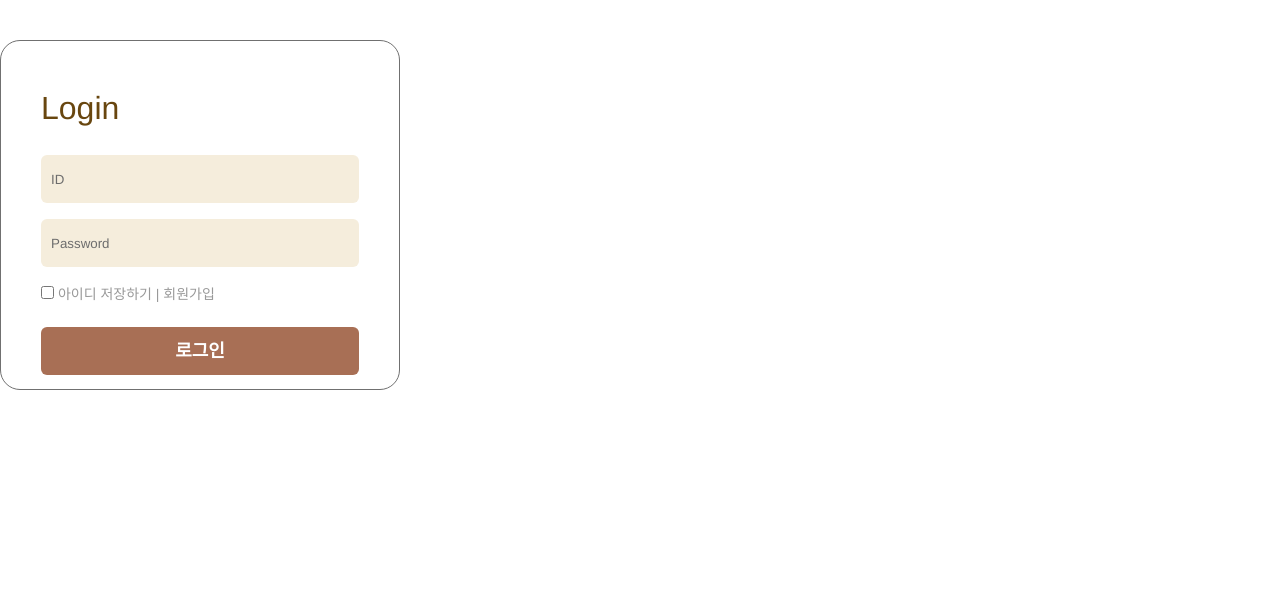
Repository: sejun98/sosobordgameJSP
Page: http://localhost/singup/login_form.jsp
These files come from the project's save history. The page is drawn as it stood at one moment and after the next save; the edit follows.
The browser window is 1280 px wide. The pictures show the whole page.
Some web fonts or font styles are not loaded; a fallback is used. The page is served by Tomcat 9.

Above is the page before, as saved 2022-10-07 07:23:35.

### singup/src/main/webapp/login_form.jsp
<%@ page language="java" contentType="text/html; charset=UTF-8"
    pageEncoding="UTF-8"%>
<%@ page import="java.sql.*" %>
<%@ page import="java.text.*" %>
<%@ page import="java.util.*, java.lang.*"  %>
<!DOCTYPE html>
<html>
<head>
<meta charset="UTF-8">
<title>로그인 폼</title>
<link rel="shortcut icon" href="images/pabicon.ico">
<link rel="stylesheet" href="css/login.css">
<link rel="stylesheet" href="css/reset.css">
<link href="https://fonts.googleapis.com/css?family=Nanum+Gothic" rel="stylesheet">
<link rel="stylesheet" type="text/css" href="css/slick.css">
<link rel="stylesheet" type="text/css" href="css/slick-theme.css">
<link href="https://fonts.googleapis.com/css?family=Poor+Story" rel="stylesheet">


</head>
<body>
<%
	String name = (String)session.getAttribute("name");
	if(name == null) {
%>

	<div class="login-wrapper">
			<h2>Login</h2>
			<form method="post" action="<%= request.getContextPath() %>/login_pro.jsp" id="login-form">
				<input type="text" name="id" placeholder="ID">
				<input type="password" name=pw placeholder="Password">
				<label for="remember-check" class="idsave">
					<input type="checkbox" id="remember-check">  아이디 저장하기 | 회원가입
				</label>
				<input type="submit" value="로그인">
			</form>
	</div>
<%
	} else {
			%>
		<%= name %>님 로그인 중
		<a href="<% request.getContextPath(); %> logout.jsp">로그아웃</a>
		<%
	}
%>
</body>
</html>

### singup/src/main/webapp/css/login.css

header {
	width: 100%;
}

#header_top {
	float: right;
}
#header_top ul li {
	float: left;
	padding: 13px;
	padding-left: 0;
	line-height: 1;
}
#header_top ul li:nth-child(1) a{
	border-right: solid 1px;
	border-color: #E0E0E0;
	margin: 0px;
}
#header_top ul li:nth-child(2) a{
	margin-right: 0;
	border-right: solid 1px;
	border-color: #E0E0E0;
	margin: 0px;
}

#header_top ul li a {
	display: block;
	margin-right: 65px;
	padding-right: 10px;
}
header #logo {
	clear: both;
	text-align: center;
	margin-bottom: 20px;
}
.header_menu {
	width:100%;
	height: 60px;
	border-top: solid 2px;
}
.header_menu ul li {
	float: left;
	margin-left: 13%;
}
.header_menu ul li a {
	display: block;
	padding: 12px 0px 10px 0px;
	font-size: 20px;
	font-family: 'Nanum Gothic', sans-serif;
}
.header_menu ul li .bold:hover {
	font-weight:bold;
}
.header_menu ul li:nth-child(5) {
	float: left;
}
.header_menu_bar{
	width: 75%;
	margin: 0 auto;

}
/*header end //----------------------------*/
/*container start ------*/
*{
    padding: 0;
    margin: 0;
    border: none;
}
body{
    font-size: 14px;
    font-family: 'Roboto', sans-serif;
}


.login-wrapper{
	margin-top: 40px;
	border: 1px solid rgb(112, 112, 112);
	border-radius: 20px;
    width: 400px;
    height: 350px;
    padding: 40px;
    box-sizing: border-box;
}

.login-wrapper > h2{
    font-size: 32px;
    color: #68460f;
    margin-bottom: 20px;
}
#login-form > input{
    width: 100%;
    height: 48px;
    padding: 0 10px;
    box-sizing: border-box;
    margin-bottom: 16px;
    border-radius: 6px;
    background-color: #F5EDDC;
}
#login-form > input::placeholder{
    color: #6d6d6d;
}
#login-form > input[type="submit"]{
    color: #fff;
    font-size: 18px;
	font-weight: bold;
    background-color: #a86f55;
    margin-top: 20px;
}
#login-form > input[type="checkbox"]{
    display: none;
}
#login-form > label{
    color: #999999;
}
#login-form input[type="checkbox"] + label{
    cursor: pointer;
    padding-left: 26px;
    background-image: url("checkbox.png");
    background-repeat: no-repeat;
    background-size: contain;
}
#login-form input[type="checkbox"]:checked + label{
    background-image: url("checkbox-active.png");
    background-repeat: no-repeat;
    background-size: contain;
}

/*container end ------*/
.down_box {
	width: 100%;
	height: 296px;
	background-color: #CDFFC3;
	float: left;
}
.down_box_img {
	background-image: url(../images/User_dow.jpg);
	background-repeat: no-repeat;
	width: 50%;height: 300px;
	float: left;
}
.down_box_txt {
	color: white;
	font-size: 35px;
	text-align: center;
	margin-top: 60px;
	position: relative;
}
.down_soso {
	font-size: 20px;
}
.down_soso span:before {
	content: "•";
	color: #dc3434;
	font-size: 1em;
	position: relative;
	left: 19px;
	top: -20px;
}
.down_sosos{
	font-size: 20px;
}
.down_sosos span:before {
	content: "•";
	color: #f7f549;
	font-size: 1em;
	position: relative;
	left: 19px;
	top: -20px;
}
.down_soso_img {
	background-image: url(../images/design_inde22x_08.jpg);
	width: 4px;height: 4px;
	position: absolute;
	left: 313px; top: 15px;
}
.down_soso_img2 {
	background-image: url(../images/design_inde22x_08.jpg);
	width: 4px;height: 4px;
	position: absolute;
	left: 333px; top: 15px;
}
.down_box_txt p {
	margin-top: -25px;
	font-size: 45px;
}
.down_box_txt .pp2{
	line-height: 46px;
	font-size: 20px;
}
.search {
	width: 421px;
	position: relative;
	margin-left: 50%;
	transform: translateX(-50%);
}
.inputbox {
	float: left;
	font-size: 18px;
	color: #ebebeb;
	padding-left: 10px;
	background-color: rgba(255,255,255,0);
	border: solid 5px #ebebeb;
	width: 421px; height: 46px;
	margin-top: 10px;


}
.search .inputbox_button{
	position: absolute;
	top: 20px;right: -13px;
	background-color: transparent;
}



.down_title {
	margin-top: 20px;
	width: 200px; height: 50px;
	background-color: #fff;
	border-radius: 50px;
	margin-left: 50%;
	transform: translateX(-50%);
	color: #000;
	font-size: 20px;
	font-weight: bold;
	line-height: 50px;

}
.down_title:hover {
	background-color: #646464;
	color: #F0F0F0
}
/*footer start*/
.footer_box {
	width: 100%; height: 218px;
	background-color: #262626;
	clear: both;
	color: #bfbfbf;
}
.footer_title {
	padding-top: 10px;
	font-size: 35px;
	text-align: center;
	margin-top: 60px;
	position: relative;
}
.footer_title span {
	font-size: 20px;
}
.footer_txt {
	font-size: 14px;
	text-align: center;
	line-height: 25px;
}
.footer_title_wja {
	background-image: url(../images/design_indexdd_03.jpg);
	width: 4px;height: 4px;
	background-repeat: no-repeat;
	float: left;
	position: absolute;
	top: -8px;right: 13px;
}
.footer_title_wja2 {
	background-image: url(../images/design_indexdd_03.jpg);
	width: 4px;height: 4px;
	background-repeat: no-repeat;
	float: left;
	position: absolute;
	top: -8px;right: 32px;
}

#susu {
	position: relative;
}

#rjatk {
	float: left;
}

/*Slick*/
 .slider {
        width: 50%;
        margin: 0 auto;
    }

    .slick-slide {
      margin: 0px 20px;
    }

    .slick-slide img {
      width: 90%;
      margin: 0 auto;
      padding-top: 5%;
    }

    .slick-prev:before,
    .slick-next:before {
      color: black;
    }


    .slick-slide {
      transition: all ease-in-out .3s;
      opacity: 1;
    }

    .slick-active {
      opacity: 1;
    }

    .slick-current {
      opacity: 1;
    }
    /*slick*/

### singup/src/main/webapp/css/reset.css
*{
 margin:0;
 padding:0;
 border:none;
 	list-style:none;
	text-decoration: none;
	font-family: 'Nanum Gothic', sans-serif;
	font-family: noto,notojp,notokr,Helvetica
	,Microsoft YaHei,Apple SD Gothic Neo,Malgun Gothic,
	"\B9D1\C740 \ACE0\B515",Dotum,\\B3CB\C6C0,sans-serif;
}

/*여백초기화*/
body, div, dl, dd, dt, ul, li, ol, h1, h2, h3, h4, h5, h6, form, legend, textarea, select, fieldset, p, button {margin: 0; padding: 0;}

/*링크 초기화 */
a { color: #273743; text-decoration: none; }
a:hover { color: #000000; }

/*폰트초기화 */
body, input, textarea, select, button, table {line-height: 1.7} /*나눔고딕은 크로스브라우져에 가장 적합 */

/*h태그 초기화 */
h1, h2, h3, h4, h5, h6 { font-size: 12px; font-weight: normal; }

/*목록태그 초기화*/
li, ol, ul {list-style: none;}

/*ir*/

.ir { width: 0; height: 0; font-size: 0; line-height: 0; overflow: hidden; position: absolute; left: 0; top: 0; }
.cursor {
	cursor:pointer;
}
.down_title:hover {
	background-color: #646464;
	color: #F0F0F0
}

### singup/src/main/webapp/css/slick.css
/* Slider */
.slick-slider
{
    position: relative;

    display: block;
    box-sizing: border-box;
}

.slick-list
{
    position: relative;

    display: block;
    overflow: hidden;

    margin: 0;
    padding: 0;
}
.slick-list:focus
{
    outline: none;
}
.slick-list.dragging
{
    cursor: pointer;
}

.slick-slider .slick-track,
.slick-slider .slick-list
{

}

.slick-track
{
    position: relative;
    top: 0;
    left: 0;

    display: block;
    margin-left: auto;
    margin-right: auto;
}
.slick-track:before,
.slick-track:after
{
    display: table;

    content: '';
}
.slick-track:after
{
    clear: both;
}
.slick-loading .slick-track
{
    visibility: hidden;
}

.slick-slide
{
    display: none;
    float: left;

    height: 100%;
    min-height: 1px;
}
[dir='rtl'] .slick-slide
{
    float: right;
}
.slick-slide img
{
    display: block;
}
.slick-slide.slick-loading img
{
    display: none;
}
.slick-initialized .slick-slide
{
    display: block;
}
.slick-loading .slick-slide
{
    visibility: hidden;
}
.slick-vertical .slick-slide
{
    display: block;

    height: auto;

    border: 1px solid transparent;
}
.slick-arrow.slick-hidden {
    display: none;
}

### singup/src/main/webapp/css/slick-theme.css
/* Slider */
.slick-loading .slick-list
{
    background: #fff url('./ajax-loader.gif') center center no-repeat;
}

/* Icons */
@font-face
{
    font-family: 'slick';
    font-weight: normal;
    font-style: normal;

    src: url('./fonts/slick.eot');
    src: url('./fonts/slick.eot?#iefix') format('embedded-opentype'), url('./fonts/slick.woff') format('woff'), url('./fonts/slick.ttf') format('truetype'), url('./fonts/slick.svg#slick') format('svg');
}
/* Arrows */
.slick-prev,
.slick-next
{
    font-size: 0;
    line-height: 0;

    position: absolute;
    top: 50%;

    display: block;

    width: 20px;
    height: 20px;
    padding: 0;

    transform: translate(0, -50%);

    cursor: pointer;

    color: transparent;
    border: none;
    outline: none;
    background: transparent;
}
.slick-prev:hover,
.slick-prev:focus,
.slick-next:hover,
.slick-next:focus
{
    color: transparent;
    outline: none;
    background: transparent;
}
.slick-prev:hover:before,
.slick-prev:focus:before,
.slick-next:hover:before,
.slick-next:focus:before
{
    opacity: 1;
}
.slick-prev.slick-disabled:before,
.slick-next.slick-disabled:before
{
    opacity: .25;
}

.slick-prev:before,
.slick-next:before
{
    font-family: 'slick';
    font-size: 40px;
    line-height: 1;

    opacity: .75;
    color: white;


}

.slick-prev
{
    left: -25px;
}
[dir='rtl'] .slick-prev
{
    right: -25px;
    left: auto;
}
.slick-prev:before
{
    content: '←';
}
[dir='rtl'] .slick-prev:before
{
    content: '→';
}

.slick-next
{
    right: -25px;
}
[dir='rtl'] .slick-next
{
    right: auto;
    left: -25px;
}
.slick-next:before
{
    content: '→';
}
[dir='rtl'] .slick-next:before
{
    content: '←';
}

/* Dots */
.slick-dotted.slick-slider
{
    margin-bottom: 30px;
}

.slick-dots
{
    position: absolute;
    bottom: -25px;

    display: block;

    width: 100%;
    padding: 0;
    margin: 0;

    list-style: none;

    text-align: center;
}
.slick-dots li
{
    position: relative;

    display: inline-block;

    width: 20px;
    height: 20px;
    margin: 0 5px;
    padding: 0;

    cursor: pointer;
}
.slick-dots li button
{
    font-size: 0;
    line-height: 0;

    display: block;

    width: 20px;
    height: 20px;
    padding: 5px;

    cursor: pointer;

    color: transparent;
    border: 0;
    outline: none;
    background: transparent;
}
.slick-dots li button:hover,
.slick-dots li button:focus
{
    outline: none;
}
.slick-dots li button:hover:before,
.slick-dots li button:focus:before
{
    opacity: 1;
}
.slick-dots li button:before
{
    font-family: 'slick';
    font-size: 6px;
    line-height: 20px;

    position: absolute;
    top: 0;
    left: 0;

    width: 20px;
    height: 20px;

    content: '•';
    text-align: center;

    opacity: .25;
    color: black;

}
.slick-dots li.slick-active button:before
{
    opacity: .75;
    color: black;
}

After the next save:
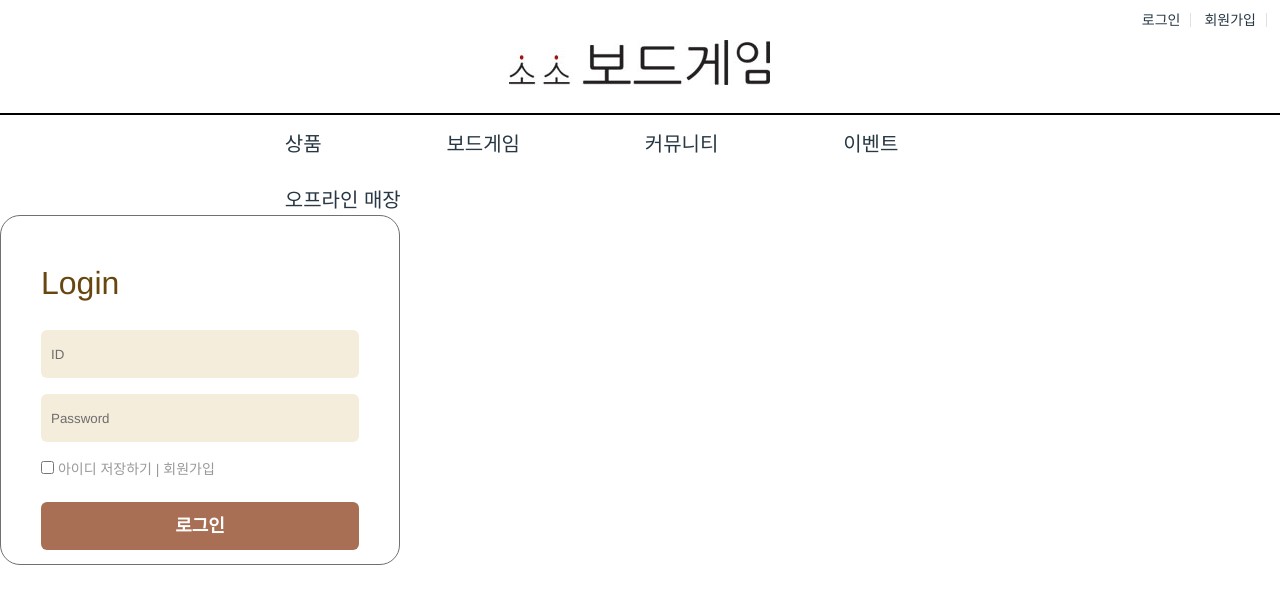
Saved 42 s later.
--- a/singup/src/main/webapp/login_form.jsp
+++ b/singup/src/main/webapp/login_form.jsp
@@ -19,6 +19,35 @@
 
 </head>
 <body>
+<!--header start//-->
+<header id="dowowow">
+	<a href="#dowowow" class="ssg"><div id="top"></div></a>
+	<div id="header_top">
+		<ul>
+			<li><a href="#">로그인</a></li>
+			<li><a href="#">회원가입</a></li>
+		</ul>
+	</div>
+	<div id="logo">
+		<a href="index.html"><img src="images/design_index_03red.jpg" alt="헤드메뉴" width="262" sizes="100%"></a>
+	</div>
+	<div class="header_menu">
+		<ul>
+			<div class="header_menu_bar">
+				<li><a href="Good.html" class="bold">상품</a></li>
+				<li><a href="#">보드게임</a></li>
+				<li><a href="board.html" class="bold">커뮤니티</a></li>
+				<li><a href="event.html" class="bold">이벤트</a></li>
+				<li><a href="#">오프라인 매장</a></li>
+			</div>
+		</ul>
+	</div>
+</header>
+<!--header end//-->
+<div class="menu">
+
+	<div class="container">
+
 <%
 	String name = (String)session.getAttribute("name");
 	if(name == null) {
